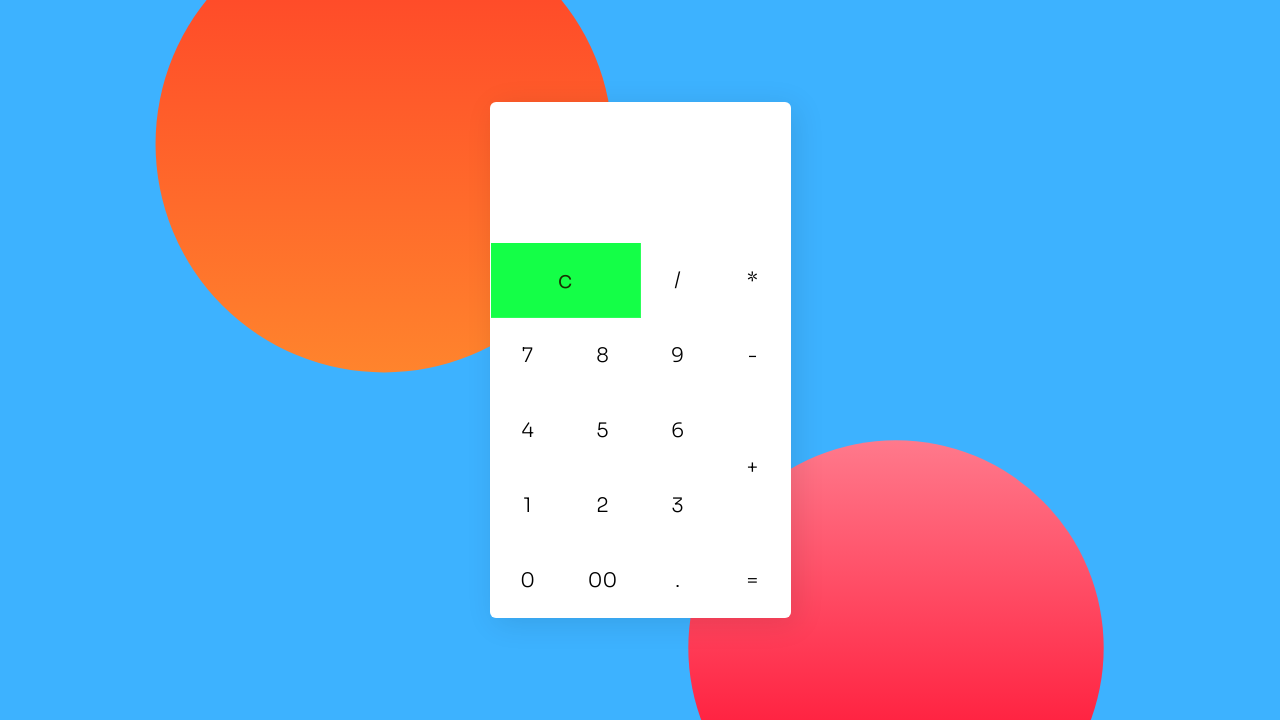
Repository: tharunkumaar404/Glass-Calci
Page: index.html
An editor plug-in stored every save of this project. The page is shown before and after the next save, followed by the edit.
The browser window is 1280 px wide. The pictures show the whole page.
The first visible `.container .calculator span` is being pressed.

Above is the page before, as saved 2021-08-26 15:02:13.

### index.html
<!DOCTYPE html>
<html lang="en">
<head>
    <meta charset="UTF-8">
    <meta http-equiv="X-UA-Compatible" content="IE=edge">
    <meta name="viewport" content="width=device-width, initial-scale=1.0">
    <title>Calculator</title>
    <link rel="stylesheet" href="styles.css">
</head>
<body>
    <div class="container">
        <form class="calculator" name="calc">
            <input type="text" readonly class="value" name="txt"/>
            <span class="num clear" onclick="calc.txt.value = ''">c</span>
            <span class="num" onclick="document.calc.txt.value +='/'">/</span>
            <span class="num" onclick="document.calc.txt.value +='*'">*</span>
            <span class="num" onclick="document.calc.txt.value +='7'">7</span>
            <span class="num" onclick="document.calc.txt.value +='8'">8</span>
            <span class="num" onclick="document.calc.txt.value +='9'">9</span>
            <span class="num" onclick="document.calc.txt.value +='-'">-</span>
            <span class="num" onclick="document.calc.txt.value +='4'">4</span>
            <span class="num " onclick="document.calc.txt.value +='5'">5</span>
            <span class="num" onclick="document.calc.txt.value +='6'">6</span>
            <span class="num plus" onclick="document.calc.txt.value +='+'">+</span>
            <span class="num" onclick="document.calc.txt.value +='1'">1</span>
            <span class="num" onclick="document.calc.txt.value +='2'">2</span>
            <span class="num" onclick="document.calc.txt.value +='3'">3</span>
            <span class="num" onclick="document.calc.txt.value +='0'">0</span>
            <span class="num" onclick="document.calc.txt.value +='00'">00</span>
            <span class="num" onclick="document.calc.txt.value +='.'"">.</span>
            <span class="num equal" onclick="document.calc.txt.value =eval(calc.txt.value)">=</span>
        </form>
    </div>
    <script type="text/javascript" src="vanilla-tilt.js"></script>
    <script type="text/javascript">
    	VanillaTilt.init(document.querySelector(".container"), {
    		max: 15,
    		speed: 400,
            glare: true,
            "max-glare":0.2,
            gyroscope:true,
    	});
    </script>
</body>
</html>

### styles.css
@import url('https://fonts.googleapis.com/css2?family=Sora:wght@300&display=swap');

*{
    margin: 0;
    padding: 0;
    box-sizing: border-box;
    font-family: 'Sora', sans-serif;
}

body{
display:flex;
justify-content: center;
align-items: center;
min-height: 100vh;
background: #3DB2FF;
}

body::before{
    content: '';
    position: absolute;
    top: 0;
    left:0;
    width: 100%;
    height:100%;
    background:linear-gradient(#FF4C29,#FFB830);
    clip-path: circle(22% at 30% 20%);
}
body::after{
    content: '';
    position: absolute;
    top: 0;
    left:0;
    width: 100%;
    height:100%;
    background:linear-gradient(#fff,#FF2442);
    clip-path: circle(20% at 70% 90%);
}

.container{
    position:relative;
    background: rgba(255,255,255);
    border-radius: 6px;
    overflow: hidden;
    z-index:10;
    backdrop-filter: blur(15px);
    border-top: 1px solid rgba(255,255,255,0.1);
    border-left:1px solid rgba(255,255,255,0.1);
    box-shadow: 5px 5px 30px rgba(0,0,0,0.1);

}

.container .calculator{
    position:relative;
    display:grid;

}

.container .calculator .value{
    grid-column: span 4;
    height: 140px;
    width:300px;
    text-align:right;
    border:none;
    outline:none;
    padding:10px;
    font-size:30px;
    background: transparent;
    color: #000;
    border-bottom: 1px solid rgba(255,255,255,0.1);
    border-right:10px solid rgba(255,255,255,0.1);


}
.container .calculator span {
    display:grid;
    place-items:center;
    height: 75px;
    width:75px;
    color: #000;
    cursor:pointer;
    font-weight:400;
    font-size:20px;
    user-select:none;
    border-bottom: 1px solid rgba(255,255,255,0.1);
    border-right:1px solid rgba(255,2555,255,0.1);
    transition: 0.5s;


}
.container .calculator span:hover{
    transition: 0s;
    background: rgba(255,255,255,0.1);
}

.container .calculator span:active{
    background: #14ff47;
    color: #192f00;
    font-size: 24px;
    font-weight: 500;

}
.container .calculator .clear{
    grid-column: span 2;
    width:150px;
    background: rgba(255,255,255,0.1);
}
.container .calculator .plus{
grid-row: span 2;
height:150px;
}

### vanilla-tilt.js
var VanillaTilt = (function () {
'use strict';

/**
 * Created by Sergiu Șandor (micku7zu) on 1/27/2017.
 * Original idea: https://github.com/gijsroge/tilt.js
 * MIT License.
 * Version 1.7.1
 */

class VanillaTilt {
  constructor(element, settings = {}) {
    if (!(element instanceof Node)) {
      throw ("Can't initialize VanillaTilt because " + element + " is not a Node.");
    }

    this.width = null;
    this.height = null;
    this.clientWidth = null;
    this.clientHeight = null;
    this.left = null;
    this.top = null;

    // for Gyroscope sampling
    this.gammazero = null;
    this.betazero = null;
    this.lastgammazero = null;
    this.lastbetazero = null;

    this.transitionTimeout = null;
    this.updateCall = null;
    this.event = null;

    this.updateBind = this.update.bind(this);
    this.resetBind = this.reset.bind(this);

    this.element = element;
    this.settings = this.extendSettings(settings);

    this.reverse = this.settings.reverse ? -1 : 1;
    this.glare = VanillaTilt.isSettingTrue(this.settings.glare);
    this.glarePrerender = VanillaTilt.isSettingTrue(this.settings["glare-prerender"]);
    this.fullPageListening = VanillaTilt.isSettingTrue(this.settings["full-page-listening"]);
    this.gyroscope = VanillaTilt.isSettingTrue(this.settings.gyroscope);
    this.gyroscopeSamples = this.settings.gyroscopeSamples;

    this.elementListener = this.getElementListener();

    if (this.glare) {
      this.prepareGlare();
    }

    if (this.fullPageListening) {
      this.updateClientSize();
    }

    this.addEventListeners();
    this.updateInitialPosition();
  }

  static isSettingTrue(setting) {
    return setting === "" || setting === true || setting === 1;
  }

  /**
   * Method returns element what will be listen mouse events
   * @return {Node}
   */
  getElementListener() {
    if (this.fullPageListening) {
      return window.document;
    }

    if (typeof this.settings["mouse-event-element"] === "string") {
      const mouseEventElement = document.querySelector(this.settings["mouse-event-element"]);

      if (mouseEventElement) {
        return mouseEventElement;
      }
    }

    if (this.settings["mouse-event-element"] instanceof Node) {
      return this.settings["mouse-event-element"];
    }

    return this.element;
  }

  /**
   * Method set listen methods for this.elementListener
   * @return {Node}
   */
  addEventListeners() {
    this.onMouseEnterBind = this.onMouseEnter.bind(this);
    this.onMouseMoveBind = this.onMouseMove.bind(this);
    this.onMouseLeaveBind = this.onMouseLeave.bind(this);
    this.onWindowResizeBind = this.onWindowResize.bind(this);
    this.onDeviceOrientationBind = this.onDeviceOrientation.bind(this);

    this.elementListener.addEventListener("mouseenter", this.onMouseEnterBind);
    this.elementListener.addEventListener("mouseleave", this.onMouseLeaveBind);
    this.elementListener.addEventListener("mousemove", this.onMouseMoveBind);

    if (this.glare || this.fullPageListening) {
      window.addEventListener("resize", this.onWindowResizeBind);
    }

    if (this.gyroscope) {
      window.addEventListener("deviceorientation", this.onDeviceOrientationBind);
    }
  }

  /**
   * Method remove event listeners from current this.elementListener
   */
  removeEventListeners() {
    this.elementListener.removeEventListener("mouseenter", this.onMouseEnterBind);
    this.elementListener.removeEventListener("mouseleave", this.onMouseLeaveBind);
    this.elementListener.removeEventListener("mousemove", this.onMouseMoveBind);

    if (this.gyroscope) {
      window.removeEventListener("deviceorientation", this.onDeviceOrientationBind);
    }

    if (this.glare || this.fullPageListening) {
      window.removeEventListener("resize", this.onWindowResizeBind);
    }
  }

  destroy() {
    clearTimeout(this.transitionTimeout);
    if (this.updateCall !== null) {
      cancelAnimationFrame(this.updateCall);
    }

    this.reset();

    this.removeEventListeners();
    this.element.vanillaTilt = null;
    delete this.element.vanillaTilt;

    this.element = null;
  }

  onDeviceOrientation(event) {
    if (event.gamma === null || event.beta === null) {
      return;
    }

    this.updateElementPosition();

    if (this.gyroscopeSamples > 0) {
      this.lastgammazero = this.gammazero;
      this.lastbetazero = this.betazero;

      if (this.gammazero === null) {
        this.gammazero = event.gamma;
        this.betazero = event.beta;
      } else {
        this.gammazero = (event.gamma + this.lastgammazero) / 2;
        this.betazero = (event.beta + this.lastbetazero) / 2;
      }

      this.gyroscopeSamples -= 1;
    }

    const totalAngleX = this.settings.gyroscopeMaxAngleX - this.settings.gyroscopeMinAngleX;
    const totalAngleY = this.settings.gyroscopeMaxAngleY - this.settings.gyroscopeMinAngleY;

    const degreesPerPixelX = totalAngleX / this.width;
    const degreesPerPixelY = totalAngleY / this.height;

    const angleX = event.gamma - (this.settings.gyroscopeMinAngleX + this.gammazero);
    const angleY = event.beta - (this.settings.gyroscopeMinAngleY + this.betazero);

    const posX = angleX / degreesPerPixelX;
    const posY = angleY / degreesPerPixelY;

    if (this.updateCall !== null) {
      cancelAnimationFrame(this.updateCall);
    }

    this.event = {
      clientX: posX + this.left,
      clientY: posY + this.top,
    };

    this.updateCall = requestAnimationFrame(this.updateBind);
  }

  onMouseEnter() {
    this.updateElementPosition();
    this.element.style.willChange = "transform";
    this.setTransition();
  }

  onMouseMove(event) {
    if (this.updateCall !== null) {
      cancelAnimationFrame(this.updateCall);
    }

    this.event = event;
    this.updateCall = requestAnimationFrame(this.updateBind);
  }

  onMouseLeave() {
    this.setTransition();

    if (this.settings.reset) {
      requestAnimationFrame(this.resetBind);
    }
  }

  reset() {
    this.event = {
      clientX: this.left + this.width / 2,
      clientY: this.top + this.height / 2
    };

    if (this.element && this.element.style) {
      this.element.style.transform = `perspective(${this.settings.perspective}px) ` +
        `rotateX(0deg) ` +
        `rotateY(0deg) ` +
        `scale3d(1, 1, 1)`;
    }

    this.resetGlare();
  }

  resetGlare() {
    if (this.glare) {
      this.glareElement.style.transform = "rotate(180deg) translate(-50%, -50%)";
      this.glareElement.style.opacity = "0";
    }
  }

  updateInitialPosition() {
    if (this.settings.startX === 0 && this.settings.startY === 0) {
      return;
    }

    this.onMouseEnter();

    if (this.fullPageListening) {
      this.event = {
        clientX: (this.settings.startX + this.settings.max) / (2 * this.settings.max) * this.clientWidth,
        clientY: (this.settings.startY + this.settings.max) / (2 * this.settings.max) * this.clientHeight
      };
    } else {
      this.event = {
        clientX: this.left + ((this.settings.startX + this.settings.max) / (2 * this.settings.max) * this.width),
        clientY: this.top + ((this.settings.startY + this.settings.max) / (2 * this.settings.max) * this.height)
      };
    }


    let backupScale = this.settings.scale;
    this.settings.scale = 1;
    this.update();
    this.settings.scale = backupScale;
    this.resetGlare();
  }

  getValues() {
    let x, y;

    if (this.fullPageListening) {
      x = this.event.clientX / this.clientWidth;
      y = this.event.clientY / this.clientHeight;
    } else {
      x = (this.event.clientX - this.left) / this.width;
      y = (this.event.clientY - this.top) / this.height;
    }

    x = Math.min(Math.max(x, 0), 1);
    y = Math.min(Math.max(y, 0), 1);

    let tiltX = (this.reverse * (this.settings.max - x * this.settings.max * 2)).toFixed(2);
    let tiltY = (this.reverse * (y * this.settings.max * 2 - this.settings.max)).toFixed(2);
    let angle = Math.atan2(this.event.clientX - (this.left + this.width / 2), -(this.event.clientY - (this.top + this.height / 2))) * (180 / Math.PI);

    return {
      tiltX: tiltX,
      tiltY: tiltY,
      percentageX: x * 100,
      percentageY: y * 100,
      angle: angle
    };
  }

  updateElementPosition() {
    let rect = this.element.getBoundingClientRect();

    this.width = this.element.offsetWidth;
    this.height = this.element.offsetHeight;
    this.left = rect.left;
    this.top = rect.top;
  }

  update() {
    let values = this.getValues();

    this.element.style.transform = "perspective(" + this.settings.perspective + "px) " +
      "rotateX(" + (this.settings.axis === "x" ? 0 : values.tiltY) + "deg) " +
      "rotateY(" + (this.settings.axis === "y" ? 0 : values.tiltX) + "deg) " +
      "scale3d(" + this.settings.scale + ", " + this.settings.scale + ", " + this.settings.scale + ")";

    if (this.glare) {
      this.glareElement.style.transform = `rotate(${values.angle}deg) translate(-50%, -50%)`;
      this.glareElement.style.opacity = `${values.percentageY * this.settings["max-glare"] / 100}`;
    }

    this.element.dispatchEvent(new CustomEvent("tiltChange", {
      "detail": values
    }));

    this.updateCall = null;
  }

  /**
   * Appends the glare element (if glarePrerender equals false)
   * and sets the default style
   */
  prepareGlare() {
    // If option pre-render is enabled we assume all html/css is present for an optimal glare effect.
    if (!this.glarePrerender) {
      // Create glare element
      const jsTiltGlare = document.createElement("div");
      jsTiltGlare.classList.add("js-tilt-glare");

      const jsTiltGlareInner = document.createElement("div");
      jsTiltGlareInner.classList.add("js-tilt-glare-inner");

      jsTiltGlare.appendChild(jsTiltGlareInner);
      this.element.appendChild(jsTiltGlare);
    }

    this.glareElementWrapper = this.element.querySelector(".js-tilt-glare");
    this.glareElement = this.element.querySelector(".js-tilt-glare-inner");

    if (this.glarePrerender) {
      return;
    }

    Object.assign(this.glareElementWrapper.style, {
      "position": "absolute",
      "top": "0",
      "left": "0",
      "width": "100%",
      "height": "100%",
      "overflow": "hidden",
      "pointer-events": "none"
    });

    Object.assign(this.glareElement.style, {
      "position": "absolute",
      "top": "50%",
      "left": "50%",
      "pointer-events": "none",
      "background-image": `linear-gradient(0deg, rgba(255,255,255,0) 0%, rgba(255,255,255,1) 100%)`,
      "width": `${this.element.offsetWidth * 2}px`,
      "height": `${this.element.offsetWidth * 2}px`,
      "transform": "rotate(180deg) translate(-50%, -50%)",
      "transform-origin": "0% 0%",
      "opacity": "0",
    });
  }

  updateGlareSize() {
    if (this.glare) {
      Object.assign(this.glareElement.style, {
        "width": `${this.element.offsetWidth * 2}`,
        "height": `${this.element.offsetWidth * 2}`,
      });
    }
  }

  updateClientSize() {
    this.clientWidth = window.innerWidth
      || document.documentElement.clientWidth
      || document.body.clientWidth;

    this.clientHeight = window.innerHeight
      || document.documentElement.clientHeight
      || document.body.clientHeight;
  }

  onWindowResize() {
    this.updateGlareSize();
    this.updateClientSize();
  }

  setTransition() {
    clearTimeout(this.transitionTimeout);
    this.element.style.transition = this.settings.speed + "ms " + this.settings.easing;
    if (this.glare) this.glareElement.style.transition = `opacity ${this.settings.speed}ms ${this.settings.easing}`;

    this.transitionTimeout = setTimeout(() => {
      this.element.style.transition = "";
      if (this.glare) {
        this.glareElement.style.transition = "";
      }
    }, this.settings.speed);

  }

  /**
   * Method return patched settings of instance
   * @param {boolean} settings.reverse - reverse the tilt direction
   * @param {number} settings.max - max tilt rotation (degrees)
   * @param {startX} settings.startX - the starting tilt on the X axis, in degrees. Default: 0
   * @param {startY} settings.startY - the starting tilt on the Y axis, in degrees. Default: 0
   * @param {number} settings.perspective - Transform perspective, the lower the more extreme the tilt gets
   * @param {string} settings.easing - Easing on enter/exit
   * @param {number} settings.scale - 2 = 200%, 1.5 = 150%, etc..
   * @param {number} settings.speed - Speed of the enter/exit transition
   * @param {boolean} settings.transition - Set a transition on enter/exit
   * @param {string|null} settings.axis - What axis should be disabled. Can be X or Y
   * @param {boolean} settings.glare - What axis should be disabled. Can be X or Y
   * @param {number} settings.max-glare - the maximum "glare" opacity (1 = 100%, 0.5 = 50%)
   * @param {boolean} settings.glare-prerender - false = VanillaTilt creates the glare elements for you, otherwise
   * @param {boolean} settings.full-page-listening - If true, parallax effect will listen to mouse move events on the whole document, not only the selected element
   * @param {string|object} settings.mouse-event-element - String selector or link to HTML-element what will be listen mouse events
   * @param {boolean} settings.reset - false = If the tilt effect has to be reset on exit
   * @param {gyroscope} settings.gyroscope - Enable tilting by deviceorientation events
   * @param {gyroscopeSensitivity} settings.gyroscopeSensitivity - Between 0 and 1 - The angle at which max tilt position is reached. 1 = 90deg, 0.5 = 45deg, etc..
   * @param {gyroscopeSamples} settings.gyroscopeSamples - How many gyroscope moves to decide the starting position.
   */
  extendSettings(settings) {
    let defaultSettings = {
      reverse: false,
      max: 15,
      startX: 0,
      startY: 0,
      perspective: 1000,
      easing: "cubic-bezier(.03,.98,.52,.99)",
      scale: 1,
      speed: 300,
      transition: true,
      axis: null,
      glare: false,
      "max-glare": 1,
      "glare-prerender": false,
      "full-page-listening": false,
      "mouse-event-element": null,
      reset: true,
      gyroscope: true,
      gyroscopeMinAngleX: -45,
      gyroscopeMaxAngleX: 45,
      gyroscopeMinAngleY: -45,
      gyroscopeMaxAngleY: 45,
      gyroscopeSamples: 10
    };

    let newSettings = {};
    for (var property in defaultSettings) {
      if (property in settings) {
        newSettings[property] = settings[property];
      } else if (this.element.hasAttribute("data-tilt-" + property)) {
        let attribute = this.element.getAttribute("data-tilt-" + property);
        try {
          newSettings[property] = JSON.parse(attribute);
        } catch (e) {
          newSettings[property] = attribute;
        }

      } else {
        newSettings[property] = defaultSettings[property];
      }
    }

    return newSettings;
  }

  static init(elements, settings) {
    if (elements instanceof Node) {
      elements = [elements];
    }

    if (elements instanceof NodeList) {
      elements = [].slice.call(elements);
    }

    if (!(elements instanceof Array)) {
      return;
    }

    elements.forEach((element) => {
      if (!("vanillaTilt" in element)) {
        element.vanillaTilt = new VanillaTilt(element, settings);
      }
    });
  }
}

if (typeof document !== "undefined") {
  /* expose the class to window */
  window.VanillaTilt = VanillaTilt;

  /**
   * Auto load
   */
  VanillaTilt.init(document.querySelectorAll("[data-tilt]"));
}

return VanillaTilt;

}());

After the next save:
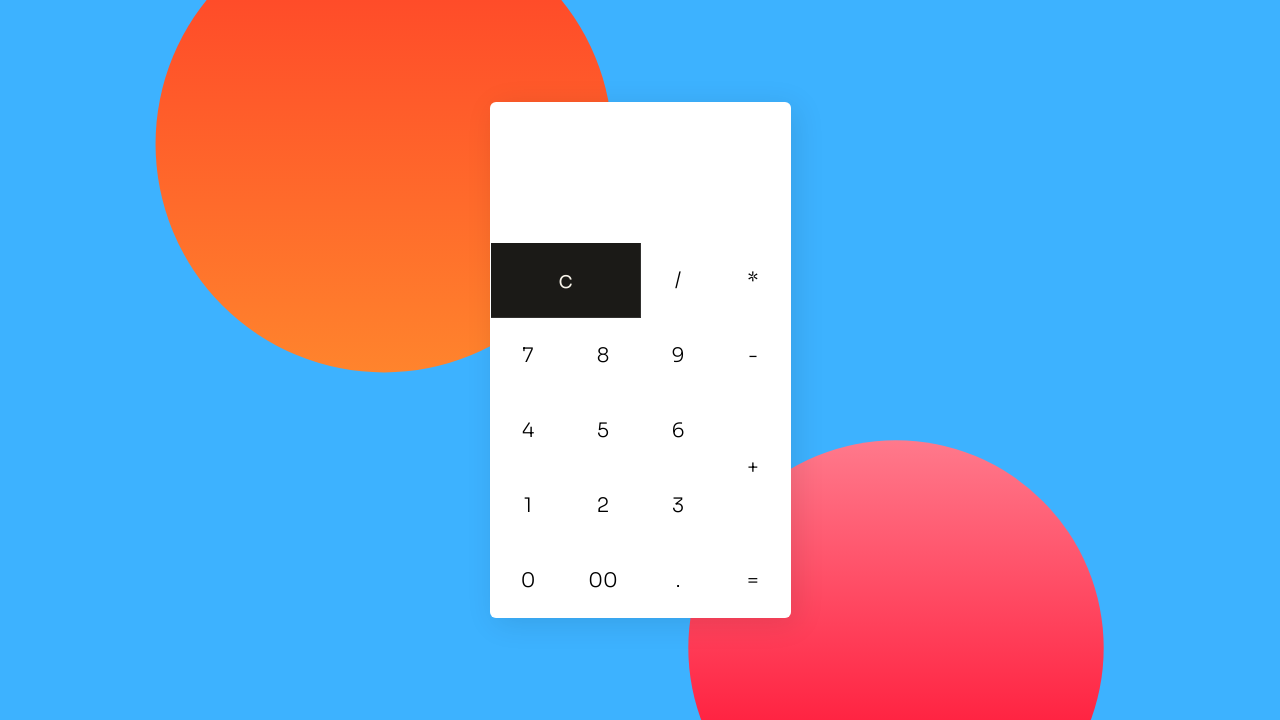
Saved 73 s later.
--- a/styles.css
+++ b/styles.css
@@ -93,8 +93,8 @@ body::after{
 }
 
 .container .calculator span:active{
-    background: #14ff47;
-    color: #192f00;
+    background: #1B1A17;
+    color: #F7F3E9;
     font-size: 24px;
     font-weight: 500;
 
